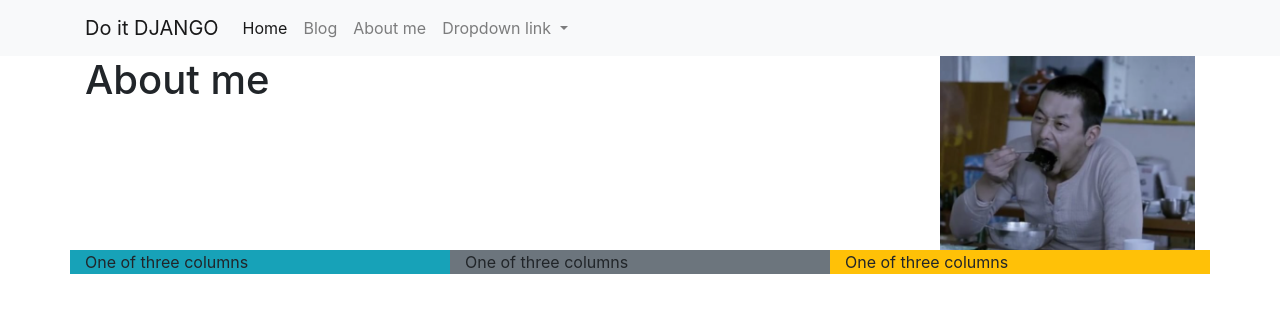
Repository: lwygold/do_it_ft
Page: about_me.html
An editor plug-in stored every save of this project. The page is shown before and after the next save, followed by the edit.
The browser window is 1280 px wide. The pictures show the whole page.

Above is the page before, as saved 2021-08-10 18:13:34.

### about_me.html
<!DOCTYPE html>
<html lang="en">

<head>
    <meta charset="UTF-8">
    <meta http-equiv="X-UA-Compatible" content="IE=edge">
    <meta name="viewport" content="width=device-width, initial-scale=1.0">
    <title>About Me</title>
    <link rel="stylesheet" href="https://cdn.jsdelivr.net/npm/bootstrap@4.6.0/dist/css/bootstrap.min.css"
        integrity="sha384-B0vP5xmATw1+K9KRQjQERJvTumQW0nPEzvF6L/Z6nronJ3oUOFUFpCjEUQouq2+l" crossorigin="anonymous">
    <link rel="stylesheet" href="./sub.css" type="text/css" />
</head>

<body>

    <nav class="navbar navbar-expand-lg navbar-light bg-light">
        <div class="container">

            <a class="navbar-brand" href="#">Do it DJANGO</a>
            <button class="navbar-toggler" type="button" data-toggle="collapse" data-target="#navbarNavDropdown"
                aria-controls="navbarNavDropdown" aria-expanded="false" aria-label="Toggle navigation">
                <span class="navbar-toggler-icon"></span>
            </button>
            <div class="collapse navbar-collapse" id="navbarNavDropdown">
                <ul class="navbar-nav">
                    <li class="nav-item active">
                        <a class="nav-link" href="./index.html">Home <span class="sr-only">(current)</span></a>
                    </li>
                    <li class="nav-item">
                        <a class="nav-link" href="./blog_list.html">Blog</a>
                    </li>
                    <li class="nav-item">
                        <a class="nav-link" href="./about_me.html">About me</a>
                    </li>
                    <li class="nav-item dropdown">
                        <a class="nav-link dropdown-toggle" href="#" id="navbarDropdownMenuLink" role="button"
                            data-toggle="dropdown" aria-haspopup="true" aria-expanded="false">
                            Dropdown link
                        </a>
                        <div class="dropdown-menu" aria-labelledby="navbarDropdownMenuLink">
                            <a class="dropdown-item" href="#">Action</a>
                            <a class="dropdown-item" href="#">Another action</a>
                            <a class="dropdown-item" href="#">Something else here</a>
                        </div>
                    </li>
                </ul>
            </div>
        </div>
    </nav>

    <div class="container">
        <div class="row">
            <div class="col-9">
                <h1>About me</h1>
            </div>
            <div class="col-3">
                <img src="./img/img1.png" alt="" style="max-width:100%;">
            </div>
        </div>
    </div>

    <div class="container">
        <div class="row">
            <div class="col-sm bg-info">
                One of three columns
            </div>
            <div class="col-sm bg-secondary">
                One of three columns
            </div>
            <div class="col-sm bg-warning">
                One of three columns
            </div>
        </div>
    </div>


    <script src="https://code.jquery.com/jquery-3.5.1.slim.min.js"
        integrity="sha384-DfXdz2htPH0lsSSs5nCTpuj/zy4C+OGpamoFVy38MVBnE+IbbVYUew+OrCXaRkfj"
        crossorigin="anonymous"></script>
    <script src="https://cdn.jsdelivr.net/npm/bootstrap@4.6.0/dist/js/bootstrap.bundle.min.js"
        integrity="sha384-Piv4xVNRyMGpqkS2by6br4gNJ7DXjqk09RmUpJ8jgGtD7zP9yug3goQfGII0yAns"
        crossorigin="anonymous"></script>

</body>

</html>

### sub.css
.container {
    width:1920px;
    margin:0 auto;

}

After the next save:
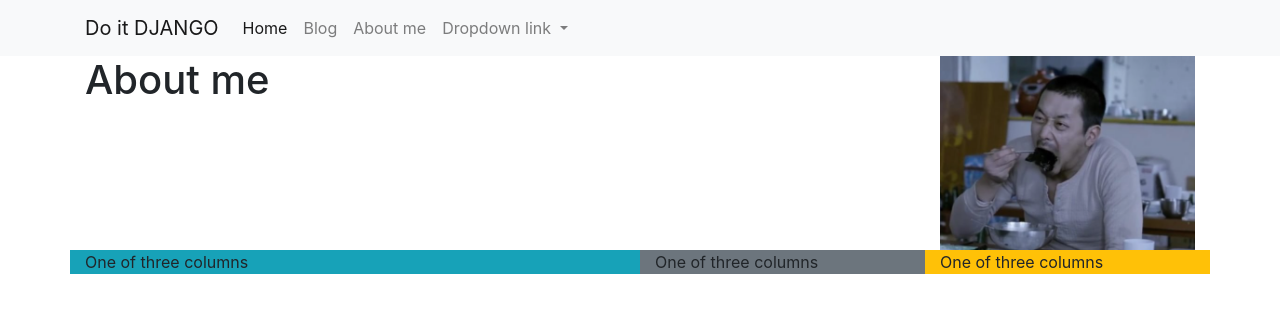
Saved 88 s later.
--- a/about_me.html
+++ b/about_me.html
@@ -61,13 +61,13 @@
 
     <div class="container">
         <div class="row">
-            <div class="col-sm bg-info">
+            <div class="col-sm col-lg-6 bg-info">
                 One of three columns
             </div>
-            <div class="col-sm bg-secondary">
+            <div class="col-sm col-lg-3 bg-secondary">
                 One of three columns
             </div>
-            <div class="col-sm bg-warning">
+            <div class="col-sm col-lg-3 bg-warning">
                 One of three columns
             </div>
         </div>
